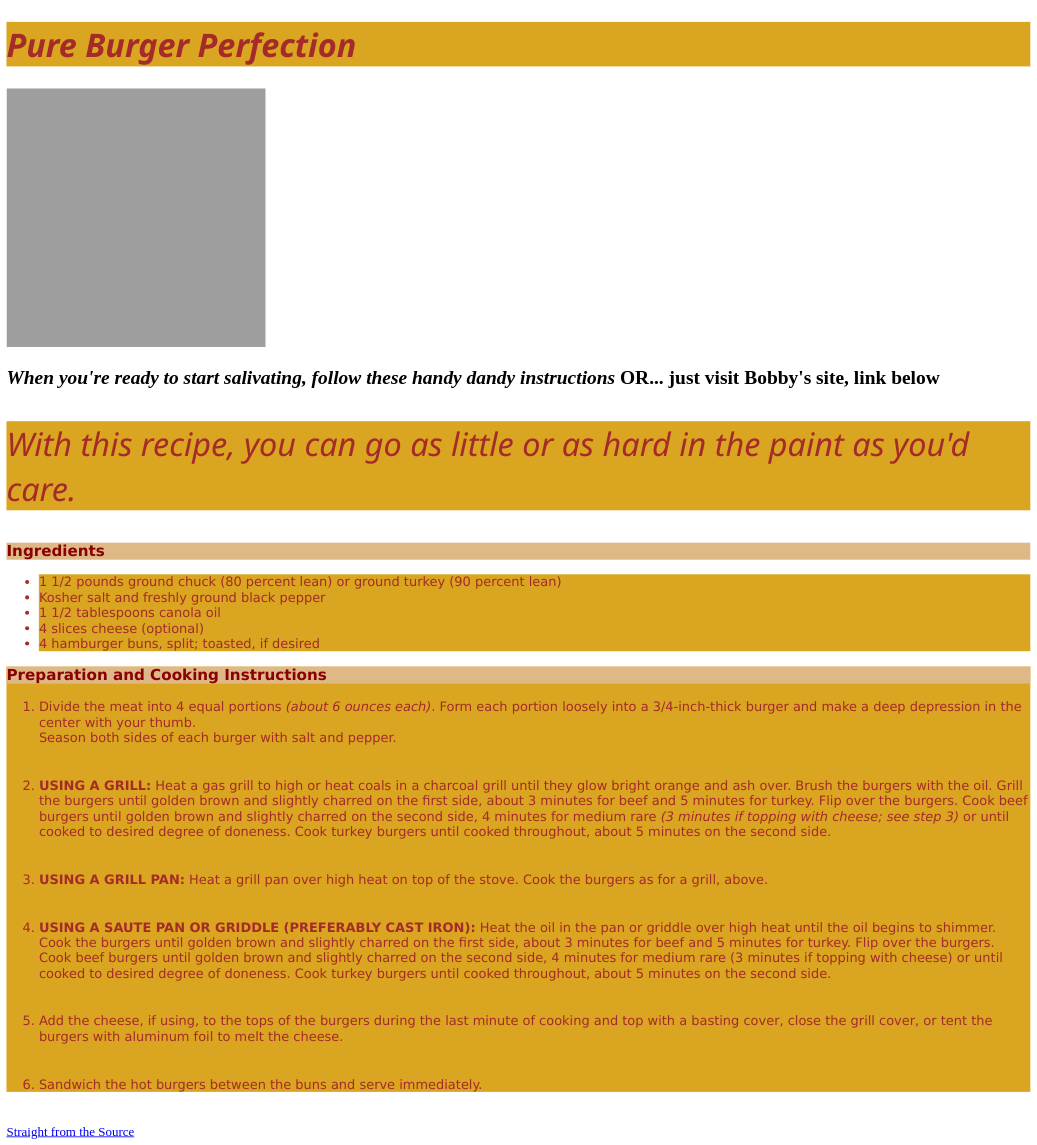
Repository: Spencertainty/practice-time
Page: member-spencer-odin-recipes/recipes/hamburgers.html
An editor plug-in stored every save of this project. The page is shown before and after the next save, followed by the edit.
The browser window is 1280 px wide. The pictures show the whole page, at 81% of full size.
Pictures or frames that could not be fetched are drawn as grey boxes.

Above is the page before, as saved 2024-01-10 15:50:49.

After the next save:
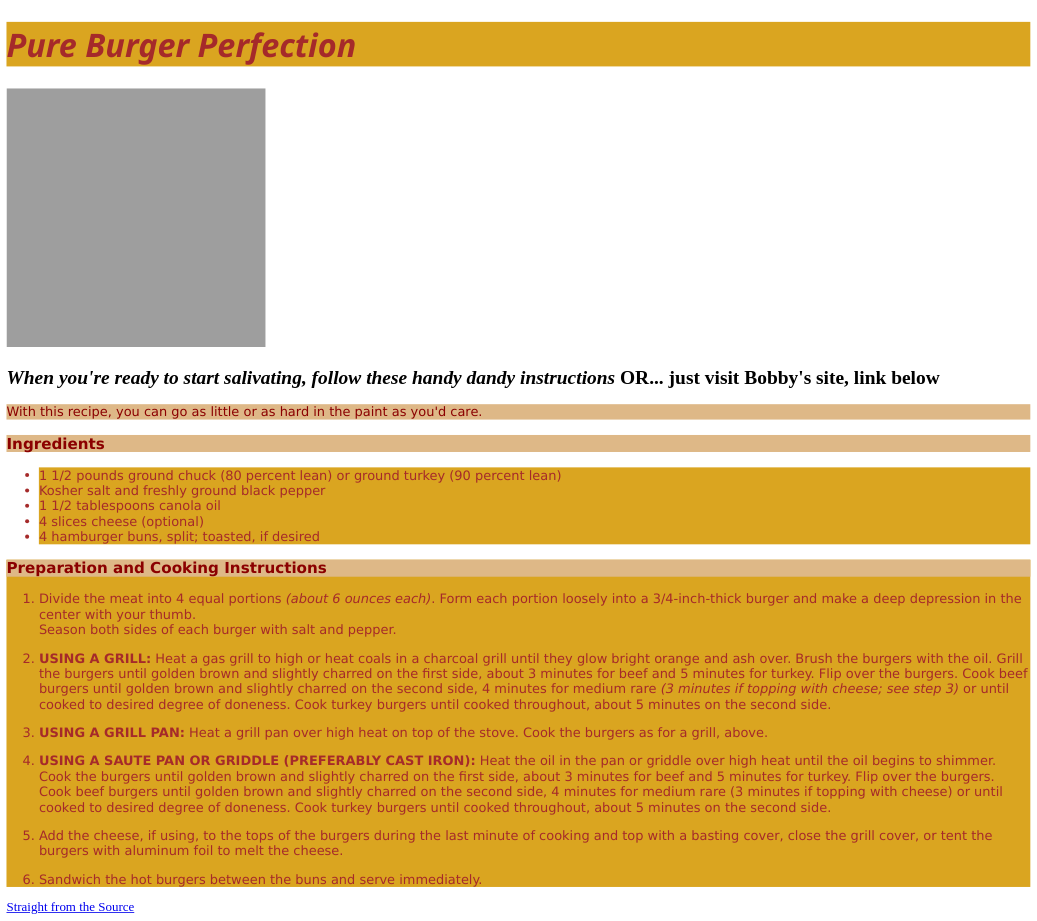
Saved 21 s later.
--- a/member-spencer-odin-recipes/recipes/burger.css
+++ b/member-spencer-odin-recipes/recipes/burger.css
@@ -22,9 +22,7 @@ h3 {
 
 }
 
-p {font-style: italic;
-    font-family: 'Segoe UI', Tahoma, Geneva, Verdana, sans-serif;
-    color: brown;
-    font-size: 40px;
-    background-color: goldenrod
+p {font-family: 'Lucida Sans', 'Lucida Sans Regular', 'Lucida Grande', 'Lucida Sans Unicode', Geneva, Verdana, sans-serif;
+    color: darkred;
+    background-color: burlywood
 }
